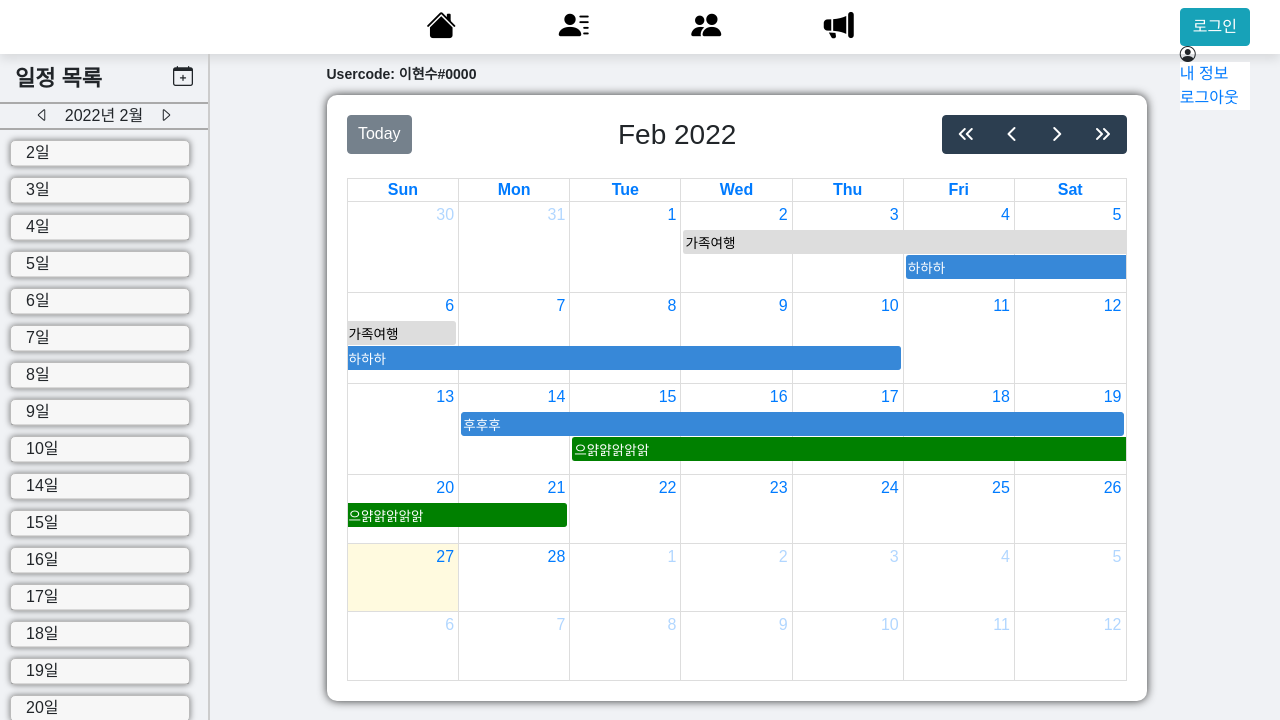
Repository: Hyeon330/Full_stack-code
Page: http://localhost/miniProject/
The author's editor kept a copy of each file at every save. The page is drawn from the files as they stood at one save, then again after the next save.
The browser window is 1280 px wide. The pictures show the whole page.
Some web fonts or font styles are not loaded; a fallback is used. The page is served by Tomcat 9. Other server files are loaded and not shown.

Above is the page before, as saved 2022-03-21 00:33:28.

### 주요과제/Spring/miniProject/src/main/webapp/WEB-INF/views/home.jsp
<%@ page language="java" contentType="text/html; charset=utf-8" pageEncoding="utf-8"%>
<style>
#sidebar{
	height: 100%;
	width: 210px;
	border-right: 2px solid #ccc;
	overflow: hidden;
}
#sideTitle{
	padding: 0 15px;
	border-bottom: 2px solid #aaa;
	height: 50px;
	line-height: 50px;
}
#sideTitle > span:first-child {
	font-size: 22px;
	font-weight: bold;
}
#sideTitle > span:last-child {
	cursor: pointer;
	font-size: 20px;
	position: relative;
	float: right;
	top: 12px;
}
#sideMonth{
	border-bottom: 2px solid #aaa;
	text-align: center;
}
#sideMonth > i {
	margin: 0 10px;
	cursor: pointer;
}
#sideMain {
	width: 100%;
	overflow-x: hidden;
}
#sideMain::-webkit-scrollbar {
  width: 10px;
}
#sideMain::-webkit-scrollbar-thumb {
  background-color: #aaa;
  border-radius: 100px;
}
#sideMain::-webkit-scrollbar-track {
  background-color: rgba(0, 0, 0, 0);
}
#listbox{
	width: 200px;
}

.dayList {
  width: 180px;
  margin: 10px auto;
  border-radius: 5px;
  border: 1px solid #bbb;
  box-shadow: 0px 0px 6px rgba(0, 0, 0, 0.5);
  background-color: white;
  cursor: pointer;
}
.dayList > .card-header {
  padding: 0 15px;
}
.eventList {
  margin: 0;
  padding: 0;
  border-radius: 0 0 5px 5px;
}
.eventList > li {
  padding: 0 15px;
  border-bottom: 1px solid #888;
  background-color: #3788d8;
  color: white;
}
.eventList > li:last-child {
  border-radius: 0 0 5px 5px;
}

/* mainContents.css */
#usercode {
  position: relative;
  margin: 10px 0;
  font-size: 14px;
  font-weight: bold;
}
#contents {
  margin: 0 auto;
}
#calendar {
  height: inherit;
  padding: 20px;
  background-color: white;
  border-radius: 10px;
  box-shadow: 0px 0px 10px rgba(0, 0, 0, 0.8);
}

/* dialog */
.ui-dialog {
  width: 400px !important;
  border-radius: 10px;
  background-color: #eee;
  box-shadow: 0 0 10px rgba(0, 0, 0, 0.5);
}
.ui-dialog-titlebar {
  background-color: #fff;
  border-radius: 5px;
}
.ui-dialog ul {
  width: 220px;
  margin: 0 auto;
  background-color: #eee;
}
.ui-dialog ul > li {
  font-size: 14px;
  margin-top: 10px;
}
.ui-dialog ul > li > input:nth-child(1) {
  width: 220px;
  border-radius: 5px;
  border: 1px solid #bbb;
}
.ui-dialog ul > li > select {
  border: 1px solid #bbb;
  border-radius: 5px;
}
.ui-dialog ul > li > input:nth-child(2)[type="checkbox"] {
  position: relative;
  top: 2px;
  margin: 0 3px;
}
.ui-dialog ul > li > input:nth-child(2)[type="color"] {
  margin: 0 3px;
  height: 26px;
  width: 25px;
}
#dialog {
  padding: 5px 30px;
}
.ui-dialog-titlebar-close {
  display: none;
}
.ui-dialog-buttonset > button {
  font-size: 14px;
  border: 1px solid #bbb;
  border-radius: 5px;
}
.ui-dialog-buttonset > button:hover {
  background-color: #ddd;
}
.ui-dialog-buttonpane {
  border-radius: 5px;
}
</style>
<script type="text/javascript">
const resizeMain = () => {
	let headerHeight = Number($('#header').css('height').substring(0, $('#header').css('height').length-2));
    let sideTitleHeight = Number($('#sideTitle').css('height').substring(0, $('#sideTitle').css('height').length-2));
    let sideMonthHeight = Number($('#sideMonth').css('height').substring(0, $('#sideMonth').css('height').length-2));
    $('#sidebar').css('height', window.innerHeight-Number($('#header').css('height').substring(0, $('#header').css('height').length-2)));
    $('#sideMain').css('height', window.innerHeight-headerHeight-sideTitleHeight-sideMonthHeight);

    let sidebarWidth = Number($('#sidebar').css('width').substring(0, $('#sidebar').css('width').length-2));
    $('#contentsBack').css('height', window.innerHeight-headerHeight);
    $('#contentsBack').css('width', window.innerWidth-sidebarWidth-17);

    // let calwidth = screen.availWidth-sidebarWidth-380;
    let calwidth = window.innerWidth-sidebarWidth-250;
    $('#contents').css('height', window.innerHeight-headerHeight-60);
    $('#contents').css('width', calwidth);

    calendar.render();
}
//sidebar main 리스트 등록 함수
const setSideMain = () => {
    setEvent();
    let eventOfday = [];
    for(let i = 1; i<=31; i++){
        eventOfday[i] = [];
        for(let j = 0; j < event.length; j++){
            let start = Number(event[j].start.substring(8));
            let end = Number(event[j].end.substring(8)-1)
            if(i>=start && i<=end){
                eventOfday[i].push(event[j]);
            }
        }
    }
    let eventListHTML = "";
    for(let i = 1; i<=31; i++){
        if(eventOfday[i].length!=0){
            eventListHTML +=
            "<div class='dayList'>" +
            "<div class=\"card-header\" data-target=\"#list"+i+"\" data-toggle=\"collapse\">"+i+"일</div>"+
            "<div id=\"list"+i+"\" class=\"collapse\">" +
            "<ul class=\"eventList\">";

            for(let j = 0; j < eventOfday[i].length; j++){
                eventListHTML +=
                "<li style=\"background-color: "+eventOfday[i][j].color+"; color: "+eventOfday[i][j].textColor+"\">"+eventOfday[i][j].title+"</li>";
            }
            eventListHTML +="</ul></div></div>";
        }
    }
    document.querySelector('#listbox').innerHTML = eventListHTML;
}

const changeMonth = () => {
    $("#sideMonth>span").text(calendar.getDate().getFullYear()+"년 " + (calendar.getDate().getMonth() + 1) + "월");
    setSideMain();
};
const nextMonth = () => {
    calendar.next();
    changeMonth();
};
const prevMonth = () => {
    calendar.prev();
    changeMonth();
};

// set myCalendar

$(function(){
	// pageload
	changeMonth();
	resizeMain();

	// event
    // sidebar main change
    $(".fc-toolbar-chunk button").click(changeMonth);
    // reactive page
	$(window).resize(resizeMain);

	// 다이얼로그 오픈
    $('#dialogOpen').click(function() {
        $('#dialog').dialog('open');
    });

    // 다이얼로그값 전체 리셋 함수
    const dialogReset = () => {
        $("#event-title").val('');
        $("#start-date").val('');
        $("#end-date").val('');
        $('#repet').each(function() {
            $(this).find('option:first').attr('selected',true);
        });
        $('#public').prop('checked', false);
        $('#event-color').val('#3788D8');
        $("#place").val('');
        $("#memo").val('');
    };

    // 다이얼로그 세팅
    $('#dialog').dialog({
        autoOpen: false, // 실행시 자동열림
        modal: true,
        buttons: {
            등록: function(){
                // ajax 처리
                dialogReset();
                $("#dialog").dialog('close');
            },
            초기화: dialogReset,
            취소: function(){
                dialogReset();
                $("#dialog").dialog('close');
            }
        }
    });

    // DatePicker 세팅
    $('#start-date, #end-date').datepicker({
        dateFormat: 'yy-mm-dd',
        monthNames: ['1월', '2월', '3월', '4월', '5월', '6월', '7월', '8월', '9월', '10월', '11월', '12월'],
        monthNamesShort: ['1월', '2월', '3월', '4월', '5월', '6월', '7월', '8월', '9월', '10월', '11월', '12월'],
        dayNames: ['일', '월', '화', '수', '목', '금', '토'],
        dayNamesMin: ['일', '월', '화', '수', '목', '금', '토'],
        showMonthAfterYear: true,
        yearSuffix: '년'
    });
});
</script>
<div id="sidebar">
    <div id="sideTitle">
        <span>일정 목록</span>
        <span id="dialogOpen"><i class="bi bi-calendar-plus"></i></span>
    </div>
    <div id="sideMonth">
        <i class="bi bi-caret-left" onclick="prevMonth()"></i>
        <span>3</span>
        <i class="bi bi-caret-right" onclick="nextMonth()"></i>
    </div>
    <div id="sideMain">
        <div id="listbox">
        </div>
    </div>
</div>
<!-- 다이얼로그 창 -->
<div id="dialog" title="일정 등록">
    <ul>
        <li><input type="text" id="event-title" name="event-title"  placeholder="제목"></li>
        <li><input type="text" id="start-date" name="start-date" placeholder="시작날짜(년-월-일)"></li>
        <li><input type="text" id="end-date" name="end-date" placeholder="종료날짜(년-월-일)"></li>
        <li>
            <select name="repet" id="repet">
                <option value="N">반복안함</option>
                <option value="D">매일반복</option>
                <option value="W">매주반복</option>
                <option value="M">매달반복</option>
                <option value="Y">매년반복</option>
            </select>
        </li>
        <li><label for="public">Public</label><input type="checkbox" id="public" name="public"></li>
        <li><label for="event-color">이벤트 색상</label><input type="color" id="event-color" name="event-color" value="#3788D8"></li>
        <li><input type="text" id="place" name="place" placeholder="장소"></li>
        <li><input type="text" id="memo" name="memo" placeholder="메모"></li>
    </ul>
</div>

### 주요과제/Spring/miniProject/src/main/webapp/inc/top.jspf
<%@ page language="java" contentType="text/html; charset=utf-8" pageEncoding="utf-8"%>
<%@ taglib uri="http://java.sun.com/jsp/jstl/core" prefix="c" %>
<c:set var="url" value="<%=request.getContextPath() %>"/>
<html>
<head>
<meta charset="UTF-8">
<title>Insert title here</title>
	<!-- 부트스트랩4, 부트스트랩 icon CSS -->
	<link rel="stylesheet" href="https://cdn.jsdelivr.net/npm/bootstrap-icons@1.8.1/font/bootstrap-icons.css">
    <link rel="stylesheet" href="https://cdn.jsdelivr.net/npm/bootstrap@4.6.1/dist/css/bootstrap.min.css" integrity="sha384-zCbKRCUGaJDkqS1kPbPd7TveP5iyJE0EjAuZQTgFLD2ylzuqKfdKlfG/eSrtxUkn" crossorigin="anonymous">

    <!-- jquery, 플러그인 CDN -->
    <link rel="stylesheet" href="${url}/jquery-ui/jquery-ui.min.css">
    <script src="https://ajax.googleapis.com/ajax/libs/jquery/3.6.0/jquery.min.js"></script>
    <script src="${url}/jquery-ui/jquery-ui.min.js"></script>

    <!-- 부트스트랩4 JS -->
    <script src="https://cdn.jsdelivr.net/npm/bootstrap@4.6.1/dist/js/bootstrap.bundle.min.js" integrity="sha384-fQybjgWLrvvRgtW6bFlB7jaZrFsaBXjsOMm/tB9LTS58ONXgqbR9W8oWht/amnpF" crossorigin="anonymous"></script>

    <!-- 풀캘린더 API -->
	<link href='${url}/fullcalendar/main.css' rel='stylesheet' />
    <script src='${url}/fullcalendar/main.js'></script>

    <link rel="stylesheet" href="${url}/css/base.css" type="text/css">
    <link rel="stylesheet" href="${url}/css/header.css" type="text/css">

</head>
<body>
<div id="header">
	<div id="icons">
	    <a href="index.html" class="disableLink"><i class="bi bi-house-fill" title="Home"></i></a>
	    <a href="friends.html"><i class="bi bi-person-lines-fill" title="Friends"></i></a>
	    <a href="#"><i class="bi bi-people-fill" title="Group"></i></a>
	    <a href="#"><i class="bi bi-megaphone-fill" title="Announcement"></i></a>
	</div>
    <div id="info">
        <a id="login-btn" href="${url}/login" type="button" class="btn btn-info">로그인</a>
        <div>
            <div id="userinfo">
                <i class="bi bi-person-circle"></i>
            </div>
        </div>
        <div id="info_menu">
            <ul>
                <a href="#"><li>내 정보</li></a>
                <a href="#"><li>로그아웃</li></a>
            </ul>
        </div>
    </div>
</div>
<div id="main">

### 주요과제/Spring/miniProject/src/main/webapp/inc/main.jspf
<%@ page language="java" contentType="text/html; charset=utf-8" pageEncoding="utf-8"%>
<%@ taglib uri="http://java.sun.com/jsp/jstl/core" prefix="c" %>
<div id="contentsBack">
	<div id=contents>
		<div id='usercode'>Usercode: 이현수#0000</div>
		<div id='calendar'></div>
		<script src="${url}/js/myCalendar.js"></script>
	</div>
</div>
</div>
</body>
</html>

### 주요과제/Spring/miniProject/src/main/webapp/css/base.css
@charset "UTF-8";
@import url('https://fonts.googleapis.com/css2?family=Do+Hyeon&display=swap');
body, div, p, ul, li {
	margin: 0;
	padding: 0;
}
ul, li{
	list-style-type: none;
}
ul {
	background: #fff;
}
body {
	background-color: #f0f2f5;
	font-family: 'Do Hyeon', sans-serif;
}
#main > div{
	float: left;
}

### 주요과제/Spring/miniProject/src/main/webapp/css/header.css
@charset "UTF-8";
#header {
	background-color: #fff;
	height: 54px;
	box-shadow: 0px 5px 10px rgba(0,0,0,0.1);
}
#icons{
	display: flex;
	justify-content: space-around;
	width: 530px;
	height: 54px;
	margin: 0 auto;
}
#icons > *{
	font-size: 30px;
	margin-top: 10px;
}
#icons a, #icons a:link, #icons a:visited{
	color: black;
}
#icons a:hover{
	color: #888;
	text-decoration: none;
}
#info {
	position: absolute;
	top: 8px;
	right: 30px;
}

Loaded but not shown: 주요과제/Spring/miniProject/src/main/webapp/jquery-ui/jquery-ui.min.css (library); 주요과제/Spring/miniProject/src/main/webapp/jquery-ui/jquery-ui.min.js (library); 주요과제/Spring/miniProject/src/main/webapp/fullcalendar/main.js (library); 주요과제/Spring/miniProject/src/main/webapp/js/myCalendar.js (66 lines, source omitted); 주요과제/Spring/miniProject/src/main/webapp/fullcalendar/main.css (1494 lines, source omitted)

After the next save:
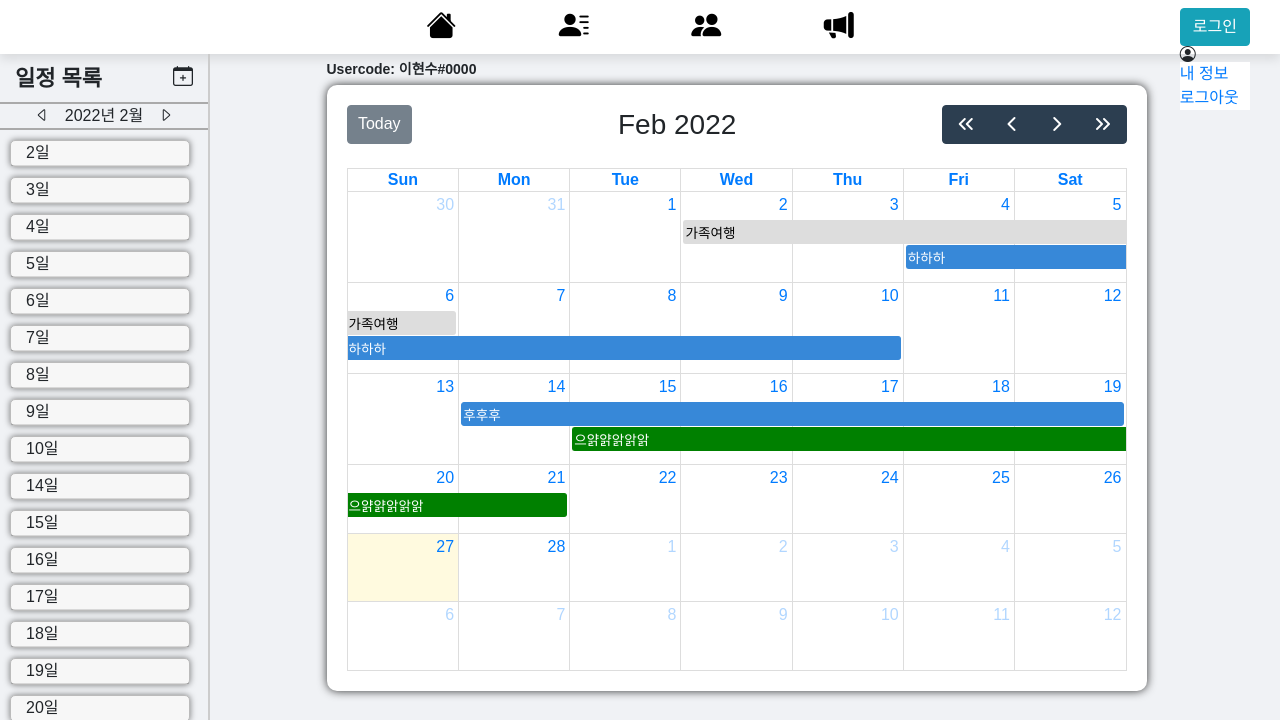
Saved 7 s later.
--- a/주요과제/Spring/miniProject/src/main/webapp/WEB-INF/views/home.jsp
+++ b/주요과제/Spring/miniProject/src/main/webapp/WEB-INF/views/home.jsp
@@ -79,7 +79,7 @@
 /* mainContents.css */
 #usercode {
   position: relative;
-  margin: 10px 0;
+  margin: 5px 0;
   font-size: 14px;
   font-weight: bold;
 }
